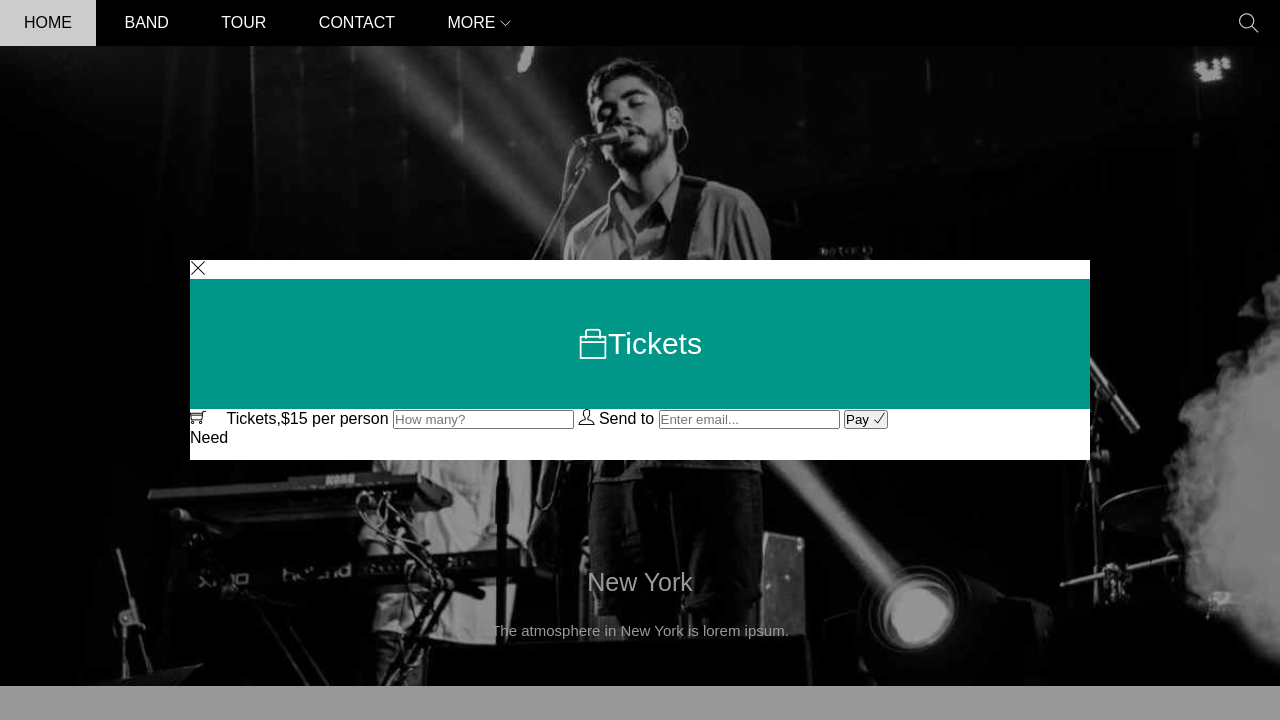
Repository: BrandonTuan777/The_Band
Page: index.html
These files come from the project's save history. The page is drawn as it stood at one moment and after a run of saves; the edit follows.
The browser window is 1280 px wide. The pictures show the window.
A layer covers the whole window, so only the first screen is drawn.

Above is the page before, as saved 2022-04-17 20:59:56.

After the next 2 saves:
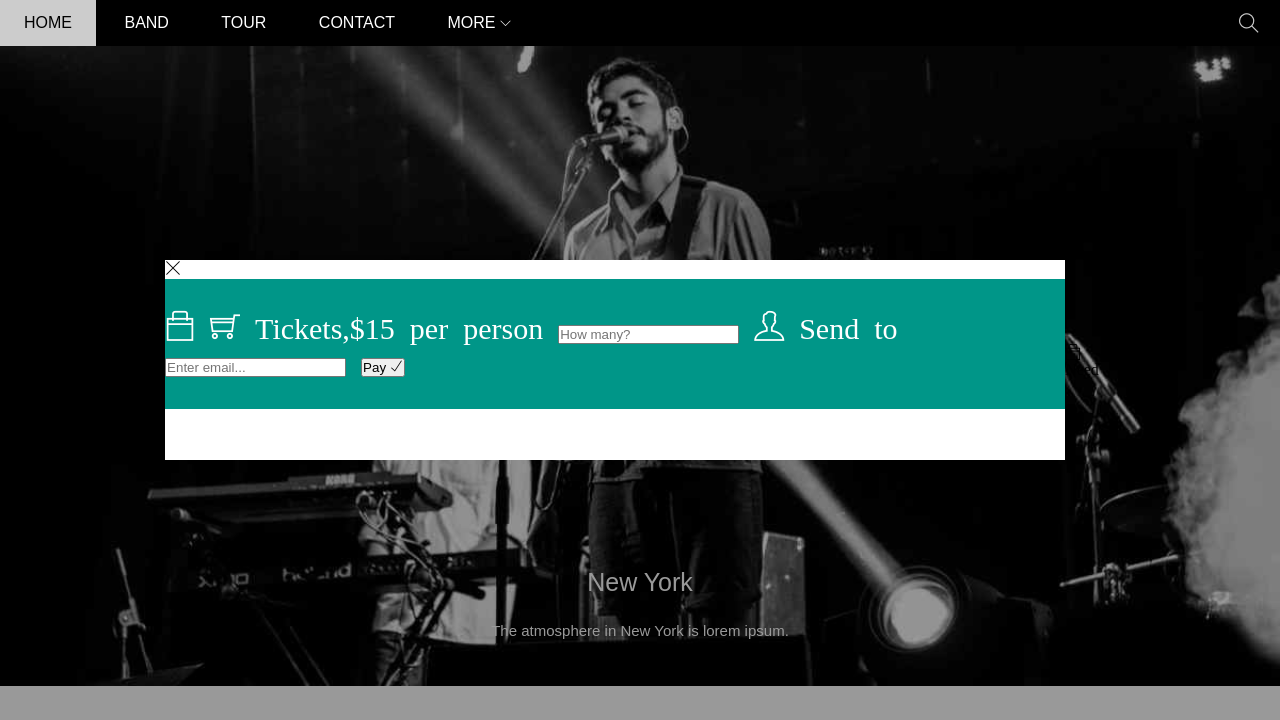
The 2 saves are shown as one change because they came seconds apart.
The last was saved 56 s later.
--- a/index.html
+++ b/index.html
@@ -255,13 +255,13 @@
         </div>
 
         <header class="modal-header">
-          <i class="ti-bag"></i>
+          <i class="ti-bag" style="margin-right:16px;></i>
           Tickets
         </header>
 
         <div class="modal-body">
           <label for="" class="modal-label"">
-            <i class="ti-shopping-cart" style="margin-right:16px;"></i>
+            <i class="ti-shopping-cart" "></i>
             Tickets,$15 per person
           </label>
           <input type="text" class="modal-input" placeholder="How many?">
